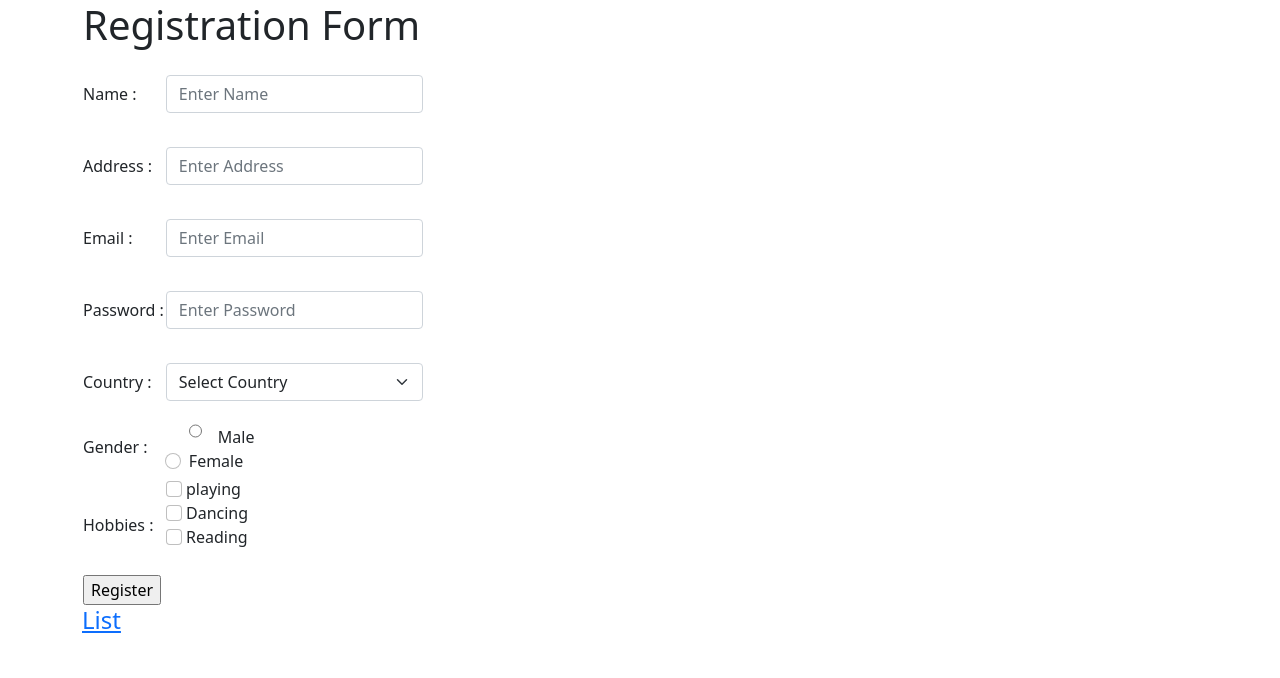
Repository: testuser85495/Java-Practical
Page: http://localhost/First_demo/
An editor plug-in stored every save of this project. The page is shown before and after the next save, followed by the edit.
The browser window is 1280 px wide. The pictures show the whole page.
The page is served by Tomcat 9.

Above is the page before, as saved 2024-07-23 13:33:33.

After the next save:
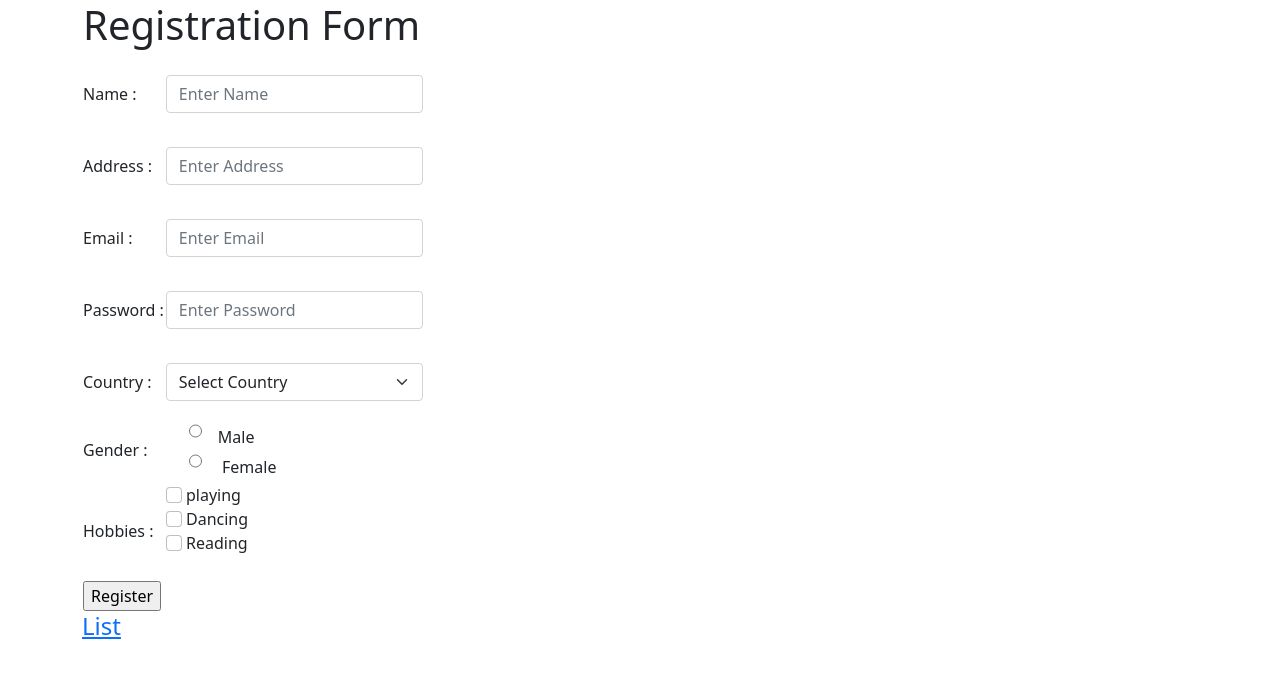
Saved 9 s later.
--- a/First_demo/src/main/webapp/index.jsp
+++ b/First_demo/src/main/webapp/index.jsp
@@ -71,7 +71,7 @@
 					<td><label>Gender : </label></td>
 					<td class="form-check form-check-inline"><input class="form-check form-check-inline" type="radio" name="gender" value="male" class="form-check-input">Male<br>
 
-						<input type="radio" name="gender" value="female" class="form-check-input">
+						<input class="form-check form-check-inline" type="radio" name="gender" value="female" class="form-check-input">
 						Female<br></td>
 				</tr>
 
